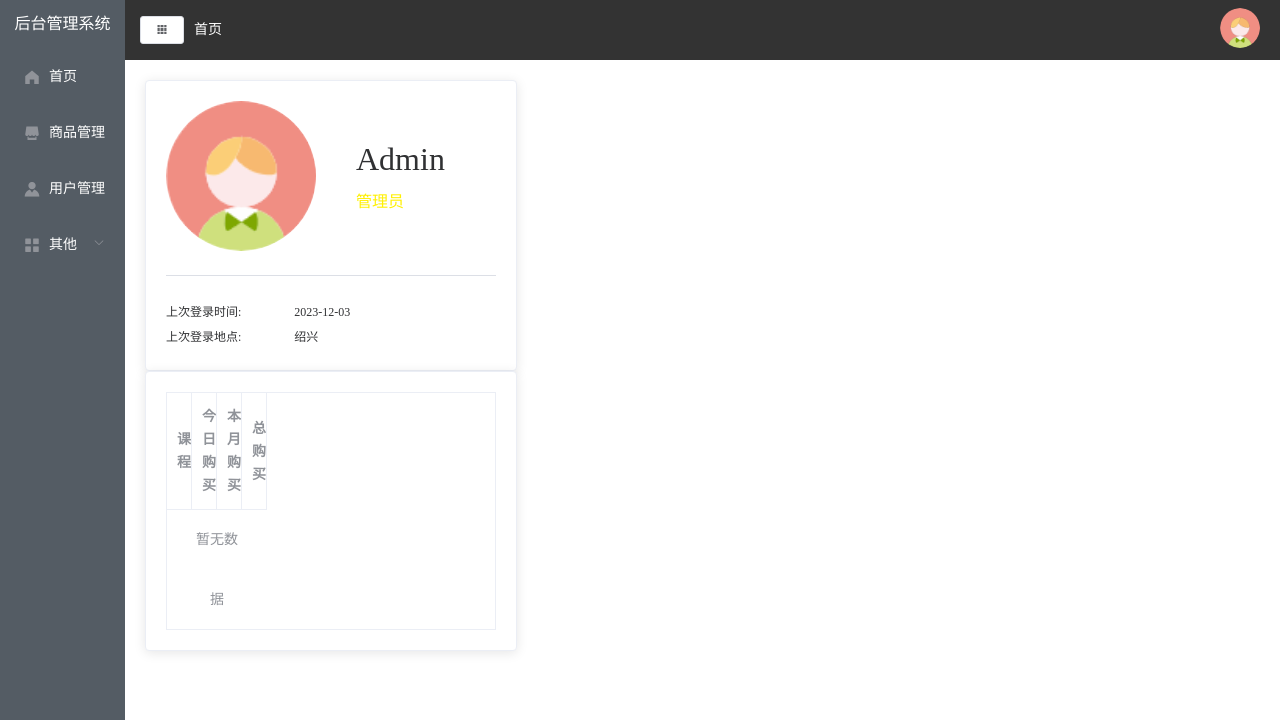
Repository: tkqi/manage
Page: /
An editor plug-in stored every save of this project. The page is shown before and after the next save, followed by the edit.
The browser window is 1280 px wide. The pictures show the whole page.
The project was rebuilt for these pictures with package versions that can differ from the ones it lists, and the page was loaded fresh each time. Also part of the build but not shown: vue.config.js.

Above is the page before, as saved 2023-12-03 16:12:11.

After the next save:
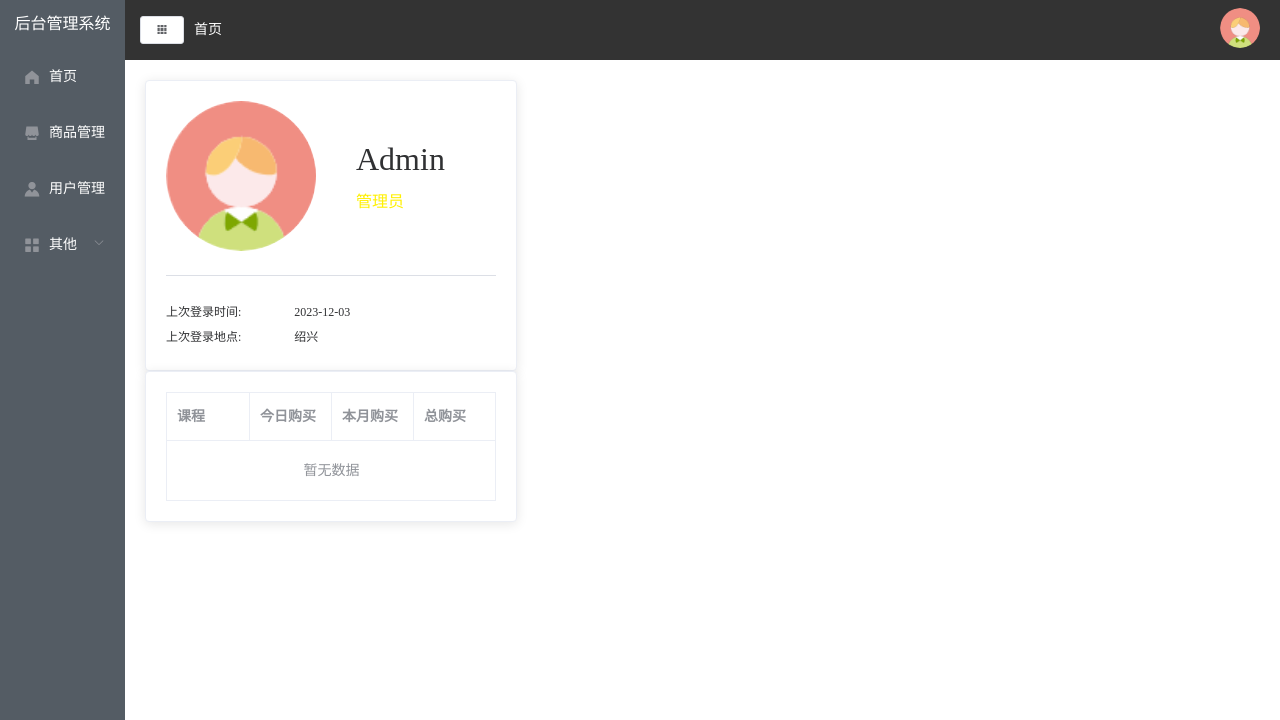
Saved 5 min 11 s later.
--- a/src/views/Home.vue
+++ b/src/views/Home.vue
@@ -19,13 +19,13 @@
                 </el-card>
                 <el-card>
                     <el-table :data="tableData" border style="width: 100%">
-                        <el-table-column prop="date" label="课程" width="25%">
+                        <el-table-column prop="date" label="课程" min-width="30" :width="auto">
                         </el-table-column>
-                        <el-table-column prop="name" label="今日购买" width="25%">
+                        <el-table-column prop="name" label="今日购买" min-width="30" :width="auto">
                         </el-table-column>
-                        <el-table-column prop="address" label="本月购买" width="25%">
+                        <el-table-column prop="address" label="本月购买" min-width="30" :width="auto">
                         </el-table-column>
-                        <el-table-column prop="address" label="总购买" width="25%">
+                        <el-table-column prop="address" label="总购买" min-width="30" :width="auto">
                         </el-table-column>
                     </el-table>
                 </el-card>
